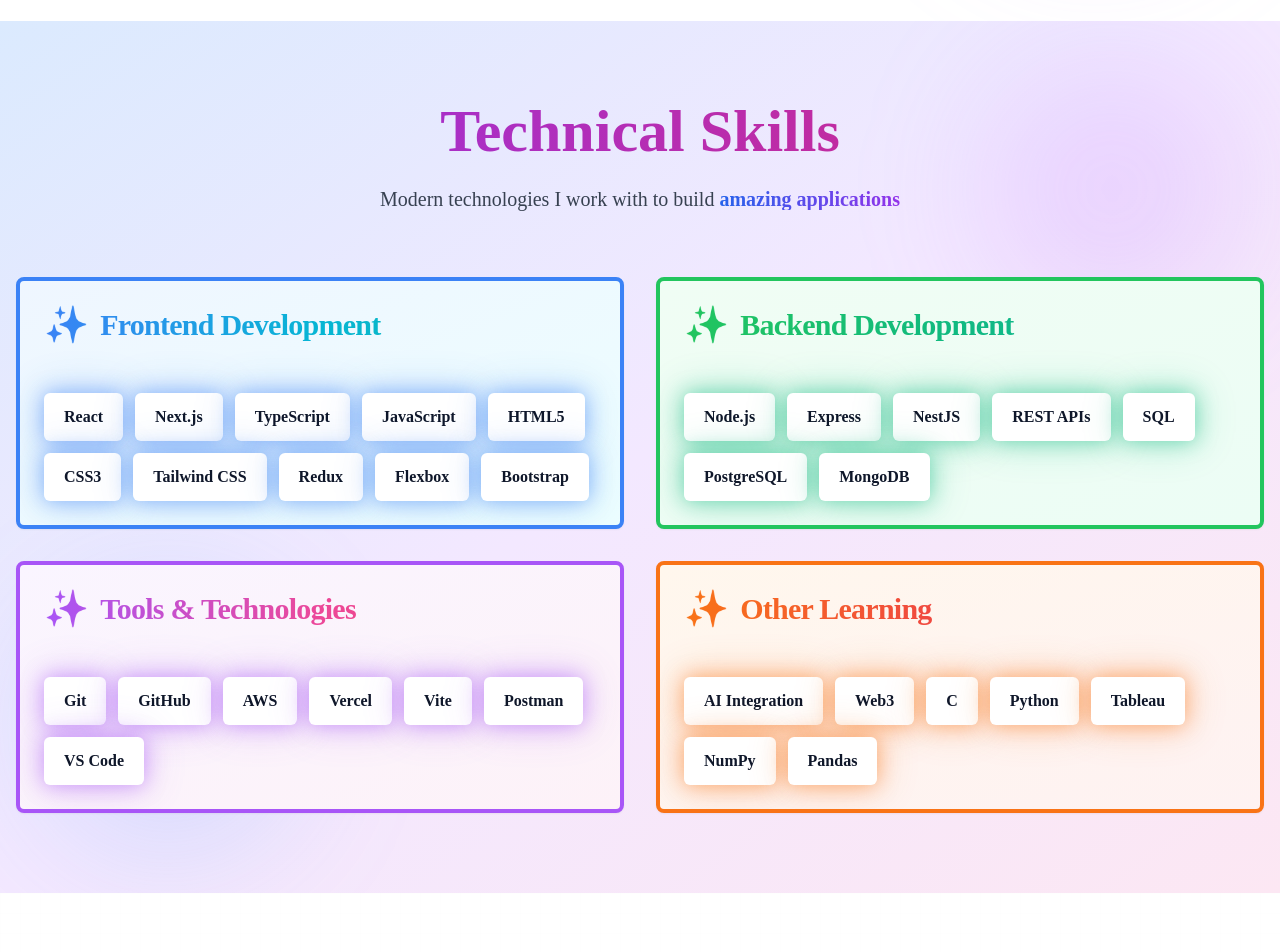
Repository: sm6746/PORTFOLIO
Page: /
An editor plug-in stored every save of this project. The page is shown before and after the next save, followed by the edit.
The browser window is 1280 px wide. The pictures show the part of the page from y = 1648 to 2600 px (the page is 8297 px tall).
The project was rebuilt for these pictures with package versions that can differ from the ones it lists, and the page was loaded fresh each time. Also part of the build but not shown: vite.config.ts.

Above is the page before, as saved 2025-11-06 21:20:16.

After the next save:
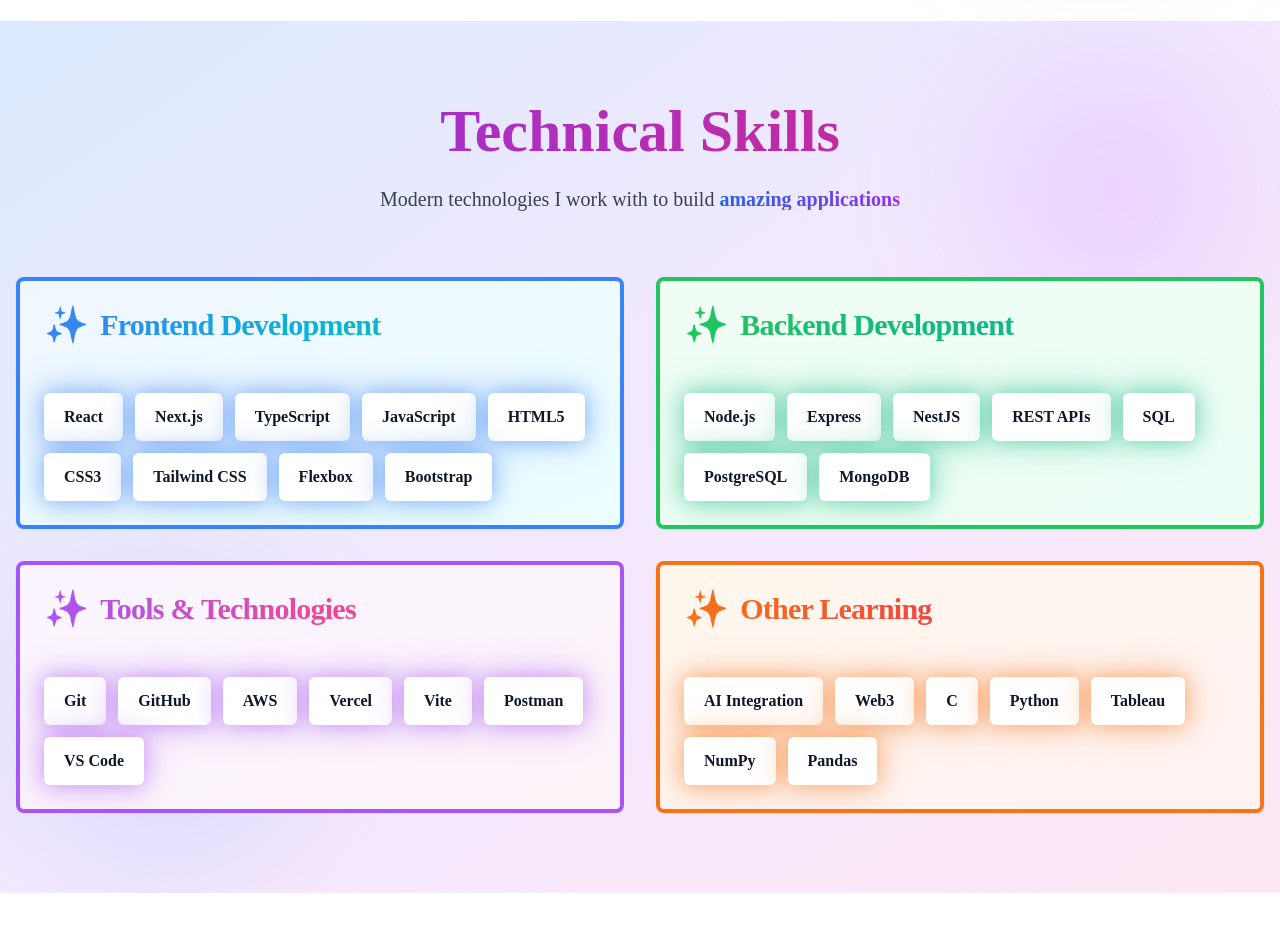
Saved 11 s later.
--- a/components/skills-section.tsx
+++ b/components/skills-section.tsx
@@ -14,7 +14,7 @@
       glowClass: 'glow-blue',
       skills: [
         'React', 'Next.js', 'TypeScript', 'JavaScript', 'HTML5', 'CSS3',
-        'Tailwind CSS', 'Redux', 'Flexbox', 'Bootstrap'
+        'Tailwind CSS', 'Flexbox', 'Bootstrap'
       ],
     },
     {
